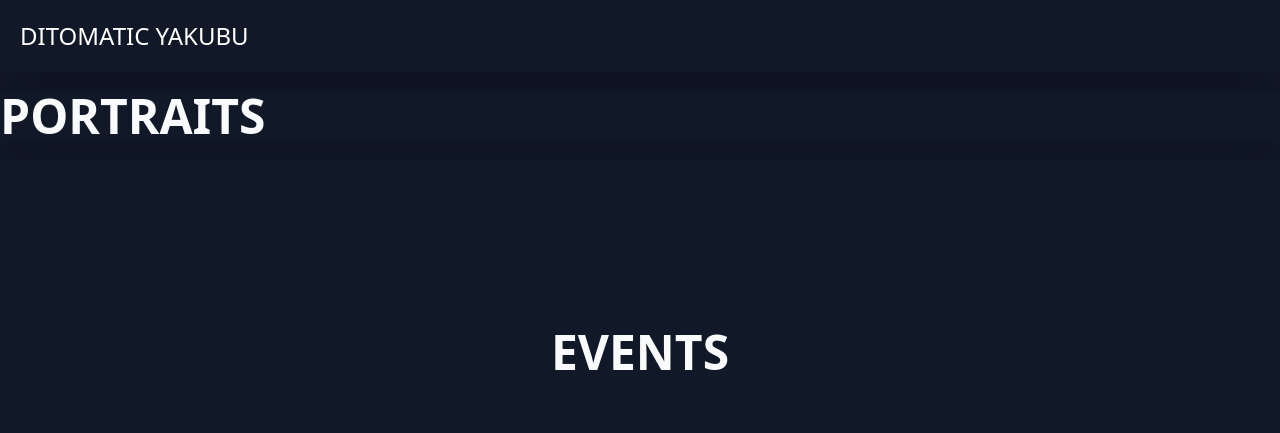
Repository: latenightsnacc/Ditomatic-Demo
Page: home.html
These files come from the project's save history. The page is drawn as it stood at one moment and after the next save; the edit follows.
The browser window is 1280 px wide. The pictures show the whole page.
Some web libraries are served in a nearby version.

Above is the page before, as saved 2021-02-24 12:44:07.

### home.html
<!DOCTYPE html>
<html lang="en" class="bg-gray-900">
<head>
    <meta charset="UTF-8">
    <meta name="viewport" content="width=device-width, initial-scale=1.0">
    <!--Tailwind 2.0.2-->
    <link href="https://cdnjs.cloudflare.com/ajax/libs/tailwindcss/2.0.2/tailwind.min.css" rel="stylesheet">
    <!--Font Awesome 5.15.1-->
    <link rel="stylesheet" href="https://cdnjs.cloudflare.com/ajax/libs/font-awesome/5.15.1/css/all.min.css" integrity="sha512-+4zCK9k+qNFUR5X+cKL9EIR+ZOhtIloNl9GIKS57V1MyNsYpYcUrUeQc9vNfzsWfV28IaLL3i96P9sdNyeRssA==" crossorigin="anonymous" />
    <!-- Bootstrap 5.0.0 Beta-->
    <!-- <link href="https://cdn.jsdelivr.net/npm/bootstrap@5.0.0-beta1/dist/css/bootstrap.min.css" rel="stylesheet" integrity="sha384-giJF6kkoqNQ00vy+HMDP7azOuL0xtbfIcaT9wjKHr8RbDVddVHyTfAAsrekwKmP1" crossorigin="anonymous" /> -->
    <!--Page Title-->
    <title>Ditomatic Fotografy</title>
    <style>
        .zoom {

          transition: transform .2s; /* Animation */

        }

        .zoom:hover {
          transform: scale(2.5); /* (250% zoom - Note: if the zoom is too large, it will go outside of the viewport) */

        }
        </style>
</head>
<body>
    <!--Header-->
    <header>
        <nav class="container-sm p-5 shadow-2xl flex flex-row justify-between">
            <a href="home.html" class="text-white uppercase text-2xl">Ditomatic Yakubu</a>
            <ul></ul>
        </nav>
    </header>
    <!--End of Header-->
    <div class="my-5"></div>
    <!--Large Screen-->
    <div id="large-screen">
        <!--Portrait Section-->
        <section class="bg-gray-900 shadow-2xl">
            <div class="mx-auto">
                <div class="flex flex-row">
                    <div class="w-1/12">
                        <h2 class="font-bold text-gray-50 text-5xl uppercase">portraits</h2>
                    </div>
                    <div class="w-11/12"></div>

                    <div class="my-2"></div>

                </div>
            </div>
        </section>
        <!--End of Portrait Section-->
        <div class="my-5"></div>

        <!--Event Section-->
        <section class="bg-gray-900 shadow-2xl">
            <div class="mx-auto">
                <div class="flex flex-row items-center justify-center h-96">
                    <h2 class="font-bold text-gray-50 text-5xl uppercase">events</h2>
                </div>
            </div>
        </section>
        <!--End of Event Section-->
    </div>

</body>
</html>

After the next save:
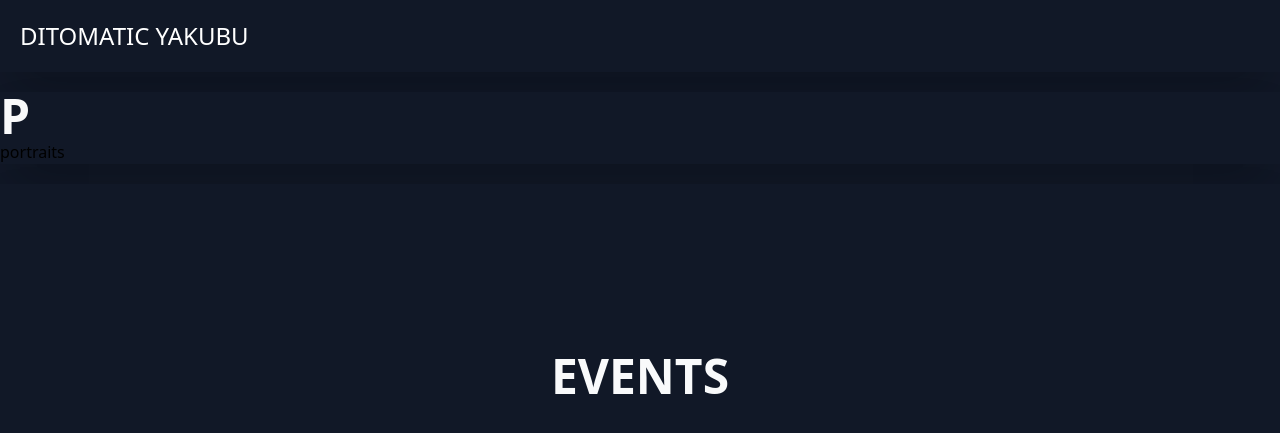
Saved 41 s later.
--- a/home.html
+++ b/home.html
@@ -41,7 +41,10 @@
             <div class="mx-auto">
                 <div class="flex flex-row">
                     <div class="w-1/12">
-                        <h2 class="font-bold text-gray-50 text-5xl uppercase">portraits</h2>
+                        <ul class="font-bold text-gray-50 text-5xl uppercase">
+                            <li>p</li>
+                        </ul>
+                        <h2 >portraits</h2>
                     </div>
                     <div class="w-11/12"></div>
 
